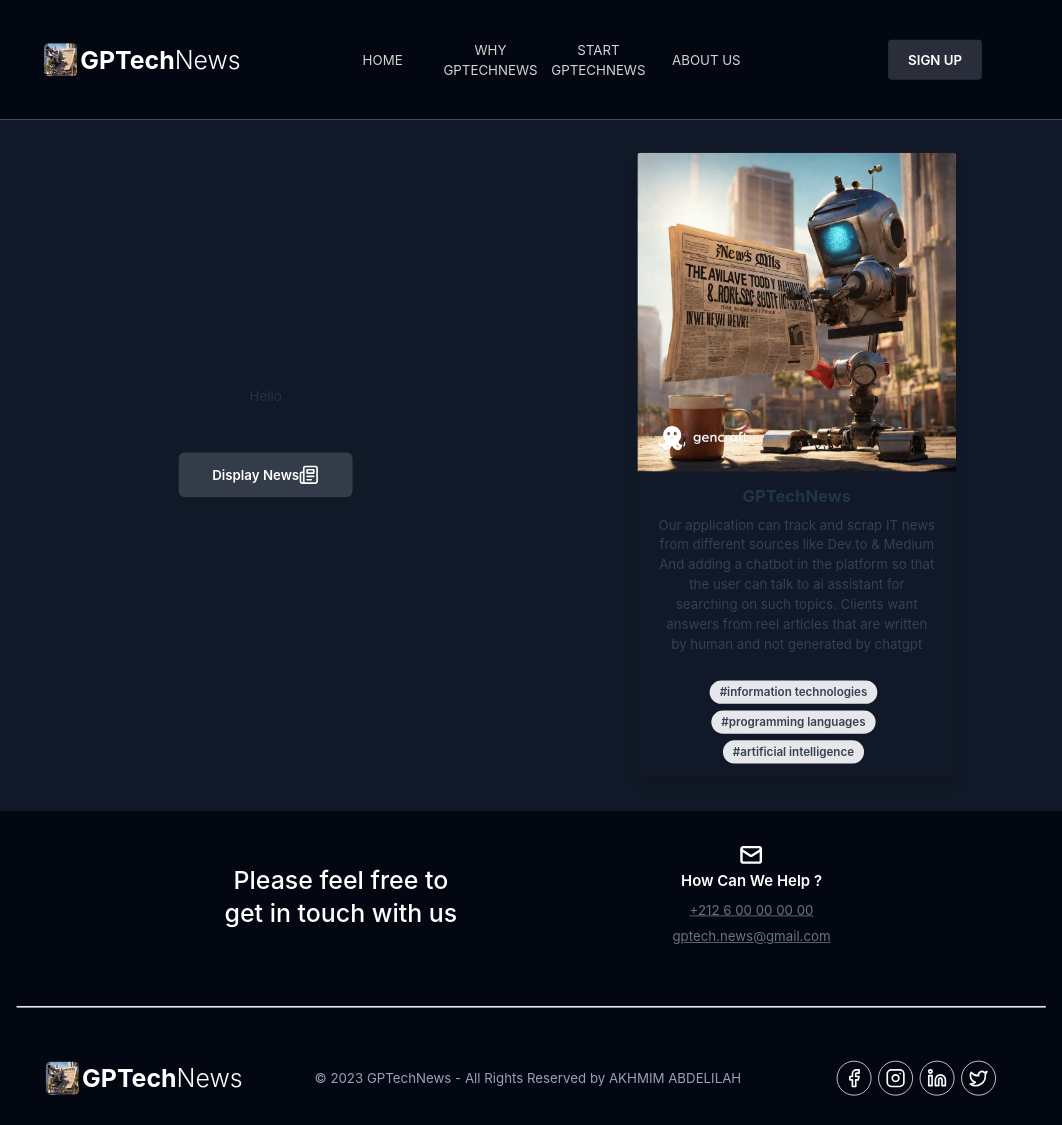
Repository: Lablab-me-Hackathon/gptech-news-frontend
Page: /
These files come from the project's save history. The page is drawn as it stood at one moment and after the next save; the edit follows.
The browser window is 1280 px wide. The pictures show the whole page, at 83% of full size.
The project was rebuilt for these pictures with package versions that can differ from the ones it lists, and the page was loaded fresh each time. Also part of the build but not shown: vite.config.js.

Above is the page before, as saved 2023-08-05 17:38:34.

### index.html
<!doctype html>
<html lang="en">
  <head>
    <meta charset="UTF-8" />
    <link rel="icon" type="image/svg+xml" href="/logo.png" />
    <meta name="viewport" content="width=device-width, initial-scale=1.0" />
    <title>GPTech News</title>
  </head>
  <body>
    <div id="root"></div>
    <script type="module" src="/src/main.jsx"></script>
  </body>
</html>

### src/App.jsx
import './styles/App.css'
import Header from './components/Header'
import Main from './components/Main';
import Footer from './components/Footer';

function App() {

  return (
    <div className='w-full h-full flex-box flex-col'>
     <Header />
      <Main />
      <Footer />
    </div>
  )
}

export default App

### src/styles/index.css
@tailwind base;
@tailwind components;
@tailwind utilities;

* {
  padding: 0;
  margin: 0;
}

@layer components {
  .menu-item {
    @apply p-2 text-stone-300 text-base font-normal cursor-pointer flex-1 border-black rounded hover:text-blue-950 uppercase;
  }
  .flex-box {
    @apply flex items-center justify-center;
  }
}

:root {
  font-family: Inter, system-ui, Avenir, Helvetica, Arial, sans-serif;
  line-height: 1.5;
  font-weight: 400;

  color-scheme: light dark;
  color: rgba(255, 255, 255, 0.87);
  background-color: #242424;

  text-rendering: optimizeLegibility;
  -webkit-font-smoothing: antialiased;
  -moz-osx-font-smoothing: grayscale;
}

a {
  font-weight: 500;
  color: #646cff;
  text-decoration: inherit;
}
a:hover {
  color: #535bf2;
}

body {
  min-width: 320px;
  min-height: 100vh;
}

h1 {
  font-size: 3.2em;
  line-height: 1.1;
}

button {
  border-radius: 8px;
  border: 1px solid transparent;
  padding: 0.6em 1.2em;
  font-size: 1em;
  font-weight: 500;
  font-family: inherit;
  background-color: #1a1a1a;
  cursor: pointer;
  transition: border-color 0.25s;
}
button:hover {
  border-color: #646cff;
}
button:focus,
button:focus-visible {
  outline: 4px auto -webkit-focus-ring-color;
}

@media (prefers-color-scheme: light) {
  :root {
    color: #213547;
    background-color: #ffffff;
  }
  a:hover {
    color: #747bff;
  }
  button {
    background-color: #f9f9f9;
  }
}

### src/styles/App.css
#root {
  /* margin: 0 auto; */
  text-align: center;
}

.logo {
  height: 6em;
  padding: 1.5em;
  will-change: filter;
  transition: filter 300ms;
}
.logo:hover {
  filter: drop-shadow(0 0 2em #646cffaa);
}
.logo.react:hover {
  filter: drop-shadow(0 0 2em #61dafbaa);
}

@keyframes logo-spin {
  from {
    transform: rotate(0deg);
  }
  to {
    transform: rotate(360deg);
  }
}

@media (prefers-reduced-motion: no-preference) {
  a:nth-of-type(2) .logo {
    animation: logo-spin infinite 20s linear;
  }
}

.card {
  padding: 2em;
}

.read-the-docs {
  color: #888;
}

### src/components/Header.jsx
import MenuItems from "../services/header/MenuItems";
import Logo from "../services/header/Logo";
import SignUp from "../services/header/SignUp";

// import "../styles/Header.css";

function Header() {
  return (
    <div className="header flex-box px-2 justify-around flex-col md:flex-row w-full h-full py-5 bg-gray-950 text-center">
      <Logo />
      <MenuItems />
      <SignUp />
    </div>
  );
}

export default Header;

### src/components/Main.jsx
import Button from "../services/main/Button";
import Hello from "../services/main/Hello";
import Cards from "./../services/main/Cards";

function Main() {
  return (
    <div className="text-center w-full py-10 flex-box scroll-smooth bg-gray-900">
      <div className="w-full flex-box">
        <div className="flex-box flex-col">
          <Hello />
          <Button />
        </div>
      </div>

      <div className="w-full flex-box">
        <div className="flex-box flex-col">
          <Cards />
        </div>
      </div>
    </div>
  );
}

export default Main;

### src/components/Footer.jsx

import TopFooter from './../services/footer/TopFooter';
import BotFooter from "../services/footer/BotFooter";

function Footer() {
  return (
    <div className="w-full h-full px-5 py-5 flex-box flex-col bg-gray-950 scroll-smooth text-center">
      <TopFooter />
      <div className="w-full h-px border border-neutral-200"></div>
      <BotFooter />
    </div>
  );
}

export default Footer;

### src/services/header/MenuItems.jsx
function MenuItems() {
  return (
    <div className="flex items-center justify-between py-5 ">
      <div className="menu-item">Home</div>
      <div className="menu-item">Why GPTechNews</div>
      <div className="menu-item">Start GPTechNews</div>
      <div className="menu-item">About us</div>
    </div>
  );
}

export default MenuItems;

### src/services/header/Logo.jsx

function Logo() {
  return (
    <div className="w-48 h-10 flex-box">
      <img className="w-10 h-10 mx-1 rounded-md" src="logo.png" alt='logo' />
      <div className="">
        <span className="text-white text-3xl font-bold">GPTech</span>
        <span className="text-white text-3xl font-light">News</span>
      </div>
    </div>
  )
}

export default Logo

### src/services/header/SignUp.jsx
function SignUp() {
  return (
    <div className="w-40 h-12 justify-center items-center inline-flex cursor-pointer uppercase">
      <div className="px-6 py-3.5 bg-gray-400 bg-opacity-25 rounded justify-start items-start gap-2.5 inline-flex">
        <div className="text-center text-white text-base font-semibold leading-tight">
          Sign up
        </div>
      </div>
    </div>
  );
}

export default SignUp;

### src/services/main/Button.jsx
// import { PropTypes } from "prop-types";

import { Newspaper } from "lucide-react";

const News = () => {
  // let { response } = props;
  const displayNews = async (e) => {
    e.preventDefault();
  };
  return (
    <div className="w-full flex-col md:flex-row py-10 flex-box justify-evenly">

      <button
        type="submit"
        className="px-10 py-3.5 my-4 bg-gray-400 bg-opacity-25  text-center text-white text-base font-semibold leading-tight mx-2 rounded-lg flex-box"
        onClick={displayNews}
      >
        Display News
        <Newspaper />
      </button>

    </div>
  );
}

News.propTypes = {
  // response: PropTypes.string.isRequired,
};
export default News;

### src/services/main/Hello.jsx

function Hello() {
  return (
    <div>Hello</div>
  )
}

export default Hello

### src/services/main/Cards.jsx
function Cards() {
  return (
    <div>
      <div className="max-w-sm rounded overflow-hidden shadow-lg">
        <img
          className="w-full"
          src="ainews.jpg"
          alt="Sunset in the mountains"
        />
        <div className="px-6 py-4">
          <div className="font-bold text-xl mb-2">GPTechNews</div>
          <p className="text-gray-700 text-base">
            Our application can track and scrap IT news from different
            sources like Dev.to & Medium And adding a chatbot in the platform so
            that the user can talk to ai assistant for searching on such topics.
            Clients want answers from reel articles that are written by human and not generated by chatgpt
          </p>
        </div>
        <div className="px-6 pt-4 pb-2">
          <span className="inline-block bg-gray-200 rounded-full px-3 py-1 text-sm font-semibold text-gray-700 mr-2 mb-2">
            #information technologies
          </span>
          <span className="inline-block bg-gray-200 rounded-full px-3 py-1 text-sm font-semibold text-gray-700 mr-2 mb-2">
            #programming languages
          </span>
          <span className="inline-block bg-gray-200 rounded-full px-3 py-1 text-sm font-semibold text-gray-700 mr-2 mb-2">
            #artificial intelligence
          </span>
        </div>
      </div>
    </div>
  );
}

export default Cards;

### src/services/footer/TopFooter.jsx
import { Mail} from "lucide-react";

function TopFooter() {
  return (
    <div className="top-footer w-full flex-box justify-evenly flex-col md:flex-row pb-12">
      <div className="text-white text-3xl font-medium leading-10 py-5">
        Please feel free to
        <br />
        get in touch with us
      </div>

      <div className="py-5 flex-box flex-col">
        <Mail size={28} strokeWidth={2.5} color="white" />
        <div className="py-1 text-white text-lg font-semibold leading-norma">
          How Can We Help ?
        </div>
        <div className="py-1 w-52 text-gray-500 text-base font-normal underline leading-normal">
          +212 6 00 00 00 00
        </div>

        <div className="py-1 w-52 text-gray-500 text-base font-normal underline leading-normal">
        gptech.news@gmail.com
        </div>
      </div>
    </div>
  );
}

export default TopFooter;

### src/services/footer/BotFooter.jsx
import Logo from "./../header/Logo";
import Copyright from "./Copyright";
import Social from "./Social";

function BotFooter() {
  return (
    <div className="bottom-footer w-full pt-12 flex-box justify-around flex-col md:flex-row flex-end">
      <Logo />
      <Copyright />
      <Social />
    </div>
  );
}

export default BotFooter;

### src/services/footer/Copyright.jsx
function Copyright() {
  return (
    <div className="py-5 text-slate-400 text-base font-normal">
      © 2023 GPTechNews - All Rights Reserved by AKHMIM ABDELILAH
    </div>
  );
}

export default Copyright;

### src/services/footer/Social.jsx
import { Facebook, Instagram, Linkedin, Twitter } from "lucide-react";

function Social() {
  return (
    <div className="py-3">
      <div className="flex-box text-white">
        <div className="border cursor-pointer p-2 m-1 rounded-full ">
          <Facebook size={24} strokeWidth={2} />
        </div>
        <div className="border cursor-pointer p-2 m-1 rounded-full">
          <Instagram size={24} strokeWidth={2} />
        </div>
        <div className="border cursor-pointer p-2 m-1 rounded-full">
          <Linkedin size={24} strokeWidth={2} />
        </div>
        <div className="border cursor-pointer p-2 m-1 rounded-full">
          <Twitter size={24} strokeWidth={2} />
        </div>
      </div>
    </div>
  );
}

export default Social;

Loaded but not shown: src/main.jsx (common file); tailwind.config.js (common file)

After the next save:
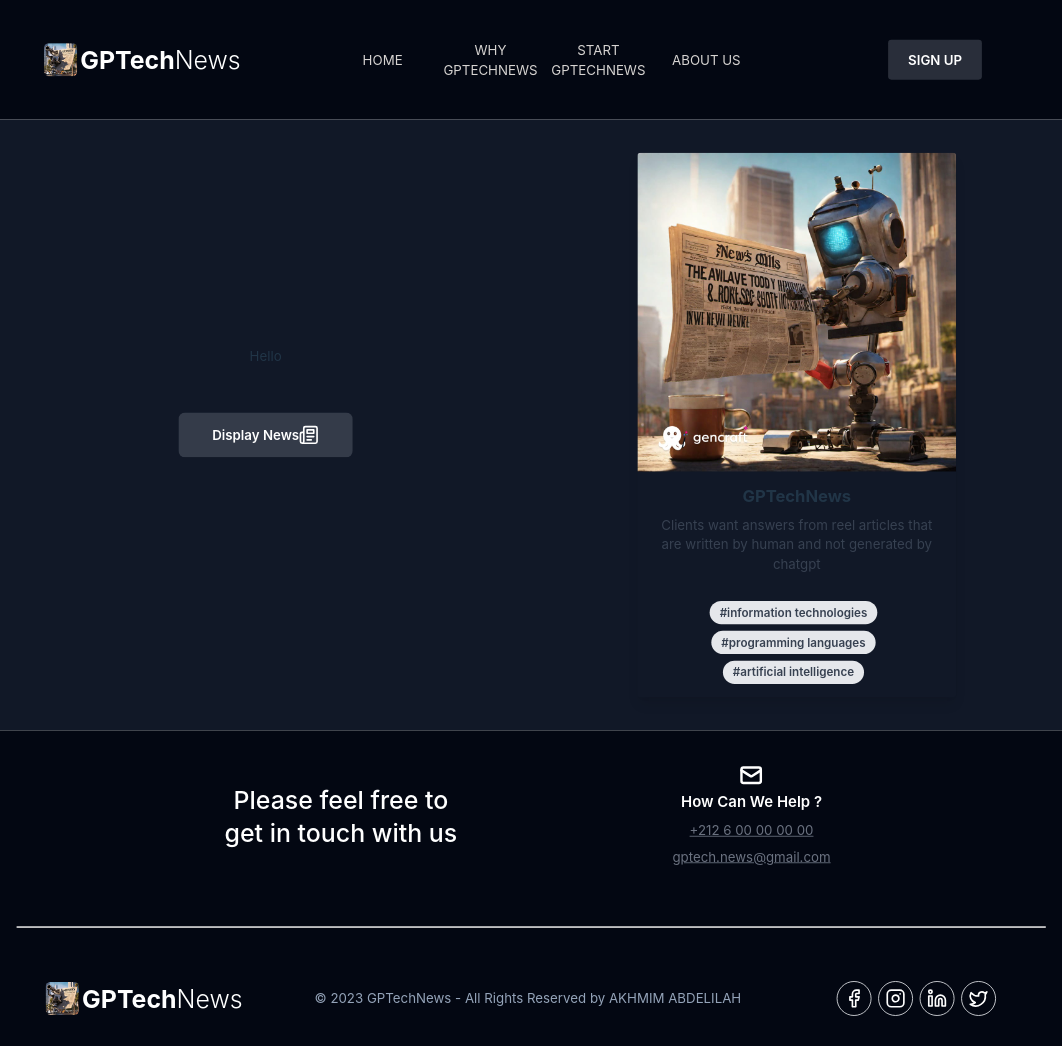
Saved 34 s later.
--- a/src/services/main/Cards.jsx
+++ b/src/services/main/Cards.jsx
@@ -10,9 +10,6 @@
         <div className="px-6 py-4">
           <div className="font-bold text-xl mb-2">GPTechNews</div>
           <p className="text-gray-700 text-base">
-            Our application can track and scrap IT news from different
-            sources like Dev.to & Medium And adding a chatbot in the platform so
-            that the user can talk to ai assistant for searching on such topics.
             Clients want answers from reel articles that are written by human and not generated by chatgpt
           </p>
         </div>
